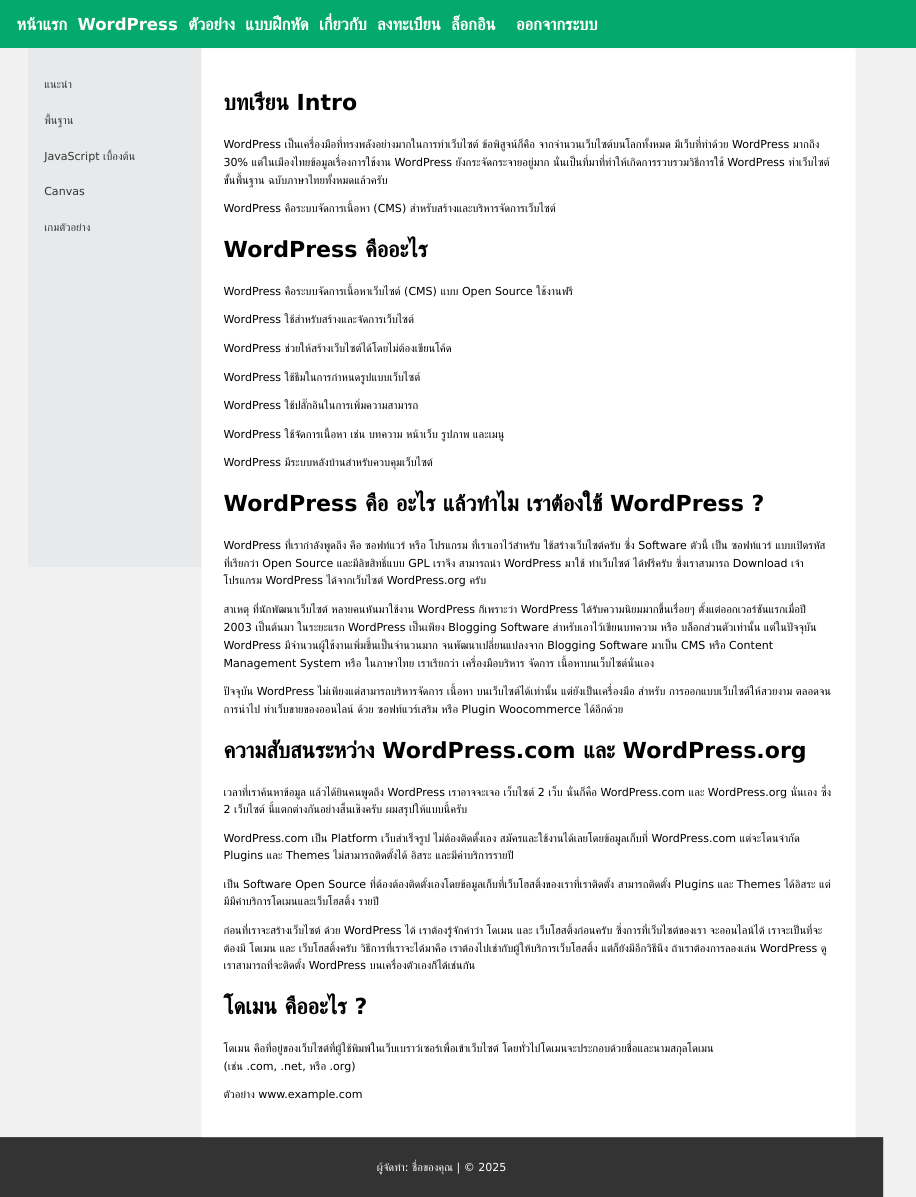
Repository: staggil/thesis
Page: lessons/intro.html
These files come from the project's save history. The page is drawn as it stood at one moment and after the next save; the edit follows.
The browser window is 1280 px wide. The page is 1328 px wide, so the pictures cover 1328 px, including what lies to the right of the window. The pictures show the whole page, at 69% of full size.
The page's requests for data from a server got no answer.

Above is the page before, as saved 2025-12-15 04:10:55.

### lessons/intro.html
<!DOCTYPE html>
<html lang="th">
<head>
    <meta charset="UTF-8">
    <meta name="viewport" content="width=device-width, initial-scale=1.0">
    <title>บทเรียน Intro</title>
    <link rel="stylesheet" href="/style.css">
    <script src="/script.js" defer></script>
</head>
<body data-sidebar="/components/sidebar.html">

    <!-- header -->
    <div id="header-placeholder"></div>


<div class="layout">
   <div id="sidebar-placeholder"></div>

    <!-- content -->
    <main id="main-content">
        <h1>บทเรียน Intro</h1>
        <p>WordPress เป็นเครื่องมือที่ทรงพลังอย่างมากในการทำเว็บไซต์ ข้อพิสูจน์ก็คือ
            จากจำนวนเว็บไซต์บนโลกทั้งหมด มีเว็บที่ทำด้วย WordPress มากถึง 30%
            แต่ในเมืองไทยข้อมูลเรื่องการใช้งาน WordPress ยังกระจัดกระจายอยู่มาก
            นั่นเป็นที่มาที่ทำให้เกิดการรวบรวมวิธีการใช้ WordPress ทำเว็บไซต์ขั้นพื้นฐาน
            ฉบับภาษาไทยทั้งหมดแล้วครับ</p>
            <p>WordPress คือระบบจัดการเนื้อหา (CMS) สำหรับสร้างและบริหารจัดการเว็บไซต์</p>

            <h1>WordPress คืออะไร</h1>
            <p>WordPress คือระบบจัดการเนื้อหาเว็บไซต์ (CMS) แบบ Open Source ใช้งานฟรี</p>
            <p>WordPress ใช้สำหรับสร้างและจัดการเว็บไซต์</p>
            <p>WordPress ช่วยให้สร้างเว็บไซต์ได้โดยไม่ต้องเขียนโค้ด</p>
            <p>WordPress ใช้ธีมในการกำหนดรูปแบบเว็บไซต์</p>
            <p>WordPress ใช้ปลั๊กอินในการเพิ่มความสามารถ</p>
            <p>WordPress ใช้จัดการเนื้อหา เช่น บทความ หน้าเว็บ รูปภาพ และเมนู</p>
            <p>WordPress มีระบบหลังบ้านสำหรับควบคุมเว็บไซต์</p>

            <h1>WordPress คือ อะไร แล้วทำไม เราต้องใช้ WordPress ?</h1>
            <p>WordPress ที่เรากำลังพูดถึง คือ ซอฟท์แวร์ หรือ โปรแกรม ที่เราเอาไว้สำหรับ ใช้สร้างเว็บไซต์ครับ
                ซึ่ง Software ตัวนี้ เป็น ซอฟท์แวร์ แบบเปิดรหัส ที่เรียกว่า Open Source และมีลิขสิทธิ์แบบ GPL
                เราจึง สามารถนำ WordPress มาใช้ ทำเว็บไซต์ ได้ฟรีครับ ซึ่งเราสามารถ Download
                 เจ้าโปรแกรม WordPress ได้จากเว็บไซต์ WordPress.org ครับ</p>
            <p>สาเหตุ ที่นักพัฒนาเว็บไซต์ หลายคนหันมาใช้งาน WordPress ก็เพราะว่า WordPress ได้รับความนิยมมากขึ้นเรื่อยๆ
                ตั้งแต่ออกเวอร์ชันแรกเมื่อปี 2003 เป็นต้นมา ในระยะแรก WordPress เป็นเพียง Blogging Software
                สำหรับเอาไว้เขียนบทความ หรือ บล็อกส่วนตัวเท่านั้น แต่ในปัจจุบัน WordPress มีจำนวนผู้ใช้งานเพิ่มขึ้นเป็นจำนวนมาก
                 จนพัฒนาเปลี่ยนแปลงจาก Blogging Software มาเป็น CMS หรือ Content Management System หรือ ในภาษาไทย
                  เราเรียกว่า เครื่องมือบริหาร จัดการ เนื้อหาบนเว็บไซต์นั่นเอง</p>
            <p>
                ปัจจุบัน WordPress ไม่เพียงแต่สามารถบริหารจัดการ เนื้อหา บนเว็บไซต์ได้เท่านั้น แต่ยังเป็นเครื่องมือ สำหรับ การออกแบบเว็บไซต์ให้สวยงาม
                 ตลอดจน การนำไป ทำเว็บขายของออนไลน์ ด้วย ซอฟท์แวร์เสริม หรือ Plugin Woocommerce ได้อีกด้วย
            </p>

            <h1>ความสับสนระหว่าง WordPress.com และ WordPress.org</h1>
            <p>เวลาที่เราค้นหาข้อมูล แล้วได้ยินคนพูดถึง WordPress เราอาจจะเจอ เว็บไซต์ 2 เว็บ นั่นก็คือ WordPress.com และ WordPress.org
                นั่นเอง ซึ่ง 2 เว็บไซต์ นี้แตกต่างกันอย่างสิ้นเชิงครับ ผมสรุปให้แบบนี้ครับ</p>
            <p>WordPress.com เป็น Platform เว็บสำเร็จรูป ไม่ต้องติดตั้งเอง สมัครและใช้งานได้เลยโดยข้อมูลเก็บที่ WordPress.com แต่จะโดนจำกัด Plugins และ Themes
                ไม่สามารถติดตั้งได้ อิสระ และมีค่าบริการรายปี</p>
            <p>เป็น Software Open Source ที่ต้องต้องติดตั้งเองโดยข้อมูลเก็บที่เว็บโฮสติ้งของเราที่เราติดตั้ง สามารถติดตั้ง Plugins และ Themes ได้อิสระ
                แต่มีมีค่าบริการโดเมนและเว็บโฮสติ้ง รายปี
            </p>

            <p>ก่อนที่เราจะสร้างเว็บไซต์ ด้วย WordPress ได้ เราต้องรู้จักคำว่า โดเมน และ เว็บโฮสติ้งก่อนครับ ซึ่งการที่เว็บไซต์ของเรา จะออนไลน์ได้
            เราจะเป็นที่จะต้องมี โดเมน และ เว็บโฮสติ้งครับ วิธีการที่เราจะได้มาคือ เราต้องไปเช่ากับผู้ให้บริการเว็บโฮสติ้ง แต่ก็ยังมีอีกวิธีนึง ถ้าเราต้องการลองเล่น
             WordPress ดูเราสามารถที่จะติดตั้ง WordPress บนเครื่องตัวเองก็ได้เช่นกัน</p>

             <h1>โดเมน คืออะไร ?</h1>
             <p>โดเมน คือที่อยู่ของเว็บไซต์ที่ผู้ใช้พิมพ์ในเว็บเบราว์เซอร์เพื่อเข้าเว็บไซต์ โดยทั่วไปโดเมนจะประกอบด้วยชื่อและนามสกุลโดเมน <br>
                 (เช่น .com, .net, หรือ .org)</p>
             <p>ตัวอย่าง www.example.com</p>
    </main>
</div>
    <!-- footer -->
    <div id="footer-placeholder"></div>

</body>
</html>

### style.css
body {
    margin: 0;
    font-family: Verdana, Arial, sans-serif;
    box-sizing: border-box;
    background-color: #f1f1f1;
    line-height: 1.6;
}


#header-placeholder {
    background-color: #04AA6D;
    color: white;
    padding: 16px 24px;
    font-size: 24px;
    font-weight: bold;
     position: sticky;  /* หรือ fixed ก็ได้ */
    top: 0;            /* ติดด้านบน */
    z-index: 1000;     /* อยู่เหนือ content */
    width: 100%;       /* เต็มความกว้างหน้าจอ */
}

.navbar ul {
    list-style: none;
    display: flex;
    gap: 15px;
    padding: 0;
    margin: 0;
}

.navbar ul li a {
    color: white;
    text-decoration: none;
}

/* =========================
   Sidebar
   ========================= */
.layout {  /* แนะนำให้เพิ่ม div ครอบ sidebar + main-content */
    display: flex;
    max-width: 1200px;
    margin: 0 auto;
}

#sidebar {
    width: 220px;
    background-color: #e7e9eb; /* สีอ่อนแบบ W3Schools */
    padding: 16px;
    height: 100vh;
    overflow-y: auto;
    flex-shrink: 0;
    position: sticky;  /* sidebar ติดเวลา scroll */
    top: 0;
}

#sidebar ul {
    list-style: none;
    padding: 0;
}

#sidebar ul li {
    margin-bottom: 10px;
}

#sidebar ul li a {
    text-decoration: none;
    color: #333;
    display: block;
    padding: 8px;
    border-radius: 4px;
    transition: background 0.3s;
}

#sidebar ul li a:hover {
    background-color: #ddd;
}

/* =========================
   Main Content
   ========================= */
#main-content {
    flex: 1;  /* ขยายเต็มที่ตามพื้นที่ layout */
    background-color: #fff;
    padding: 32px;
    max-width: 960px; /* เหมือน W3Schools */

}

/* กรณีหน้า index.html ไม่มี sidebar */
body.index #main-content {
    margin-left: 0;
    max-width: 700px;        /* กว้างเท่ากับหน้าที่มี sidebar */
    margin: 0 auto;          /* จัด content กลางหน้า */
}

/* =========================
   Footer
   ========================= */
footer {
    background-color: #333;
    color: white;
    text-align: center;
    padding: 15px;
}

@media screen and (max-width: 768px) {
    .layout {
        flex-direction: column;
    }

    #sidebar {
        width: 100%;
        height: auto;
        position: relative;
    }

    #main-content {
        max-width: 100%;
        padding: 15px;
    }
}


/* =========================
   Empty sidebar
   ========================= */
#sidebar.empty-sidebar {
    background-color: #fff;   /* สีเดียวกับ container */
           /* คง padding เดิมถ้าอยากให้ layoutเหมือนหน้าที่มี sidebar */
    /* อย่าแก้ width หรือ float */
}

/* หน้า login ให้ layout อยู่กลางและสวยขึ้น */
body.login-page #main-content {
    max-width: 400px;       /* กว้างแค่พอ form */
    margin: 50px auto;      /* จัดกลางแนวนอนและเว้นบน */
    padding: 20px;
    background-color: #fff; /* เหมือน container */
    border-radius: 8px;
    box-shadow: 0 0 10px rgba(0,0,0,0.1);
}



/* หน้า register ให้ layout อยู่กลางเหมือน login */
body.register-page #main-content {
    max-width: 400px;          /* กว้างพอ form */
    margin: 50px auto;         /* จัดกลางหน้า */
    padding: 20px;
    background-color: #fff;    /* เหมือน container */
    border-radius: 8px;
    box-shadow: 0 0 10px rgba(0,0,0,0.1);
}

### script.js
function loadComponent(filePath, elementId) {
    if (!filePath) return;
    const el = document.getElementById(elementId);
    if (!el) {
        console.error(`ไม่พบ element id="${elementId}"`);
        return;
    }
    fetch(filePath)
        .then(response => {
            if (!response.ok) throw new Error("ไม่พบไฟล์ " + filePath);
            return response.text();
        })
        .then(data => {
            el.innerHTML = data;

            // หลังโหลด header ให้ตรวจสอบ session
            if (elementId === "header-placeholder") {
                updateHeaderLoginStatus();
            }
        })
        .catch(error => console.error(error));
}

// ฟังก์ชันตรวจสอบ login
function updateHeaderLoginStatus() {
    fetch("/me")
        .then(res => res.json())
        .then(user => {
            if (user.username) {
                // login แล้ว
                document.querySelectorAll(".login-only").forEach(el => el.style.display = "none");
                document.querySelectorAll(".user-only").forEach(el => el.style.display = "block");
                document.getElementById("username-display").textContent = user.fullname;

                // เพิ่ม listener logout
                const logoutLink = document.getElementById("logout-link");
                if (logoutLink) {
                    logoutLink.addEventListener("click", async (e) => {
                        e.preventDefault();
                        await fetch("/logout", { method: "POST" });
                        updateHeaderLoginStatus(); // รีเฟรชเมนู
                        window.location.href = "/login.html";
                    });
                }

            } else {
                // ยังไม่ได้ login
                document.querySelectorAll(".login-only").forEach(el => el.style.display = "block");
                document.querySelectorAll(".user-only").forEach(el => el.style.display = "none");
            }
        })
        .catch(err => console.error(err));
}

document.addEventListener("DOMContentLoaded", function() {
    loadComponent("/components/header.html", "header-placeholder");
    loadComponent("/components/footer.html", "footer-placeholder");

    const sidebarFile = document.body.getAttribute("data-sidebar");
    loadComponent(sidebarFile, "sidebar-placeholder");

    // ตรวจสอบ exercise links หลังจากโหลด header เสร็จ
    const checkExerciseLinks = () => {
        const exerciseLinks = document.querySelectorAll("a[href^='/exercises/']");
        exerciseLinks.forEach(link => {
            link.addEventListener("click", async (e) => {
                e.preventDefault();
                const res = await fetch("/me");
                const user = await res.json();
                if (!user.username) {
                    const goLogin = confirm("คุณต้อง login ก่อนเข้าแบบฝึกหัด\nไปหน้า Login ตอนนี้หรือไม่?");
                    if (goLogin) window.location.href = "/login.html";
                } else {
                    window.location.href = link.href;
                }
            });
        });
    };

    // รอ header โหลดเสร็จแล้วค่อย bind
    const headerInterval = setInterval(() => {
        if (document.getElementById("header-placeholder").children.length > 0) {
            clearInterval(headerInterval);
            checkExerciseLinks();
        }
    }, 50);
});

### components/header.html
<header>
   <nav class="navbar">
        <ul id="nav-items">
            <li><a href="/index.html">หน้าแรก</a></li>
            <li><a href="/lessons/intro.html">WordPress</a></li>
            <li><a href="/examples/draw-rect.html">ตัวอย่าง</a></li>
            <li><a href="/exercises/exercise1.html">แบบฝึกหัด</a></li>
            <li><a href="/about/about.html">เกี่ยวกับ</a></li>
            <li class="login-only"><a href="/register.html">ลงทะเบียน</a></li>
            <li class="login-only"><a href="/login.html">ล็อกอิน</a></li>
            <li class="user-only"><span id="username-display"></span></li>
            <li class="user-only"><a href="#" id="logout-link">ออกจากระบบ</a></li>
        </ul>
    </nav>
</header>

### components/footer.html
<footer>
    <p>ผู้จัดทำ: ชื่อของคุณ | © 2025</p>
</footer>

### components/sidebar.html
<aside id="sidebar">
    <ul>
        <li><a href="/lessons/intro.html">แนะนำ</a></li>
        <li><a href="/lessons/basic.html">พื้นฐาน</a></li>
        <li><a href="/lessons/js-basic.html">JavaScript เบื้องต้น</a></li>
        <li><a href="/lessons/canvas.html">Canvas</a></li>
        <li><a href="/lessons/game1.html">เกมตัวอย่าง</a></li>
    </ul>
</aside>

After the next save:
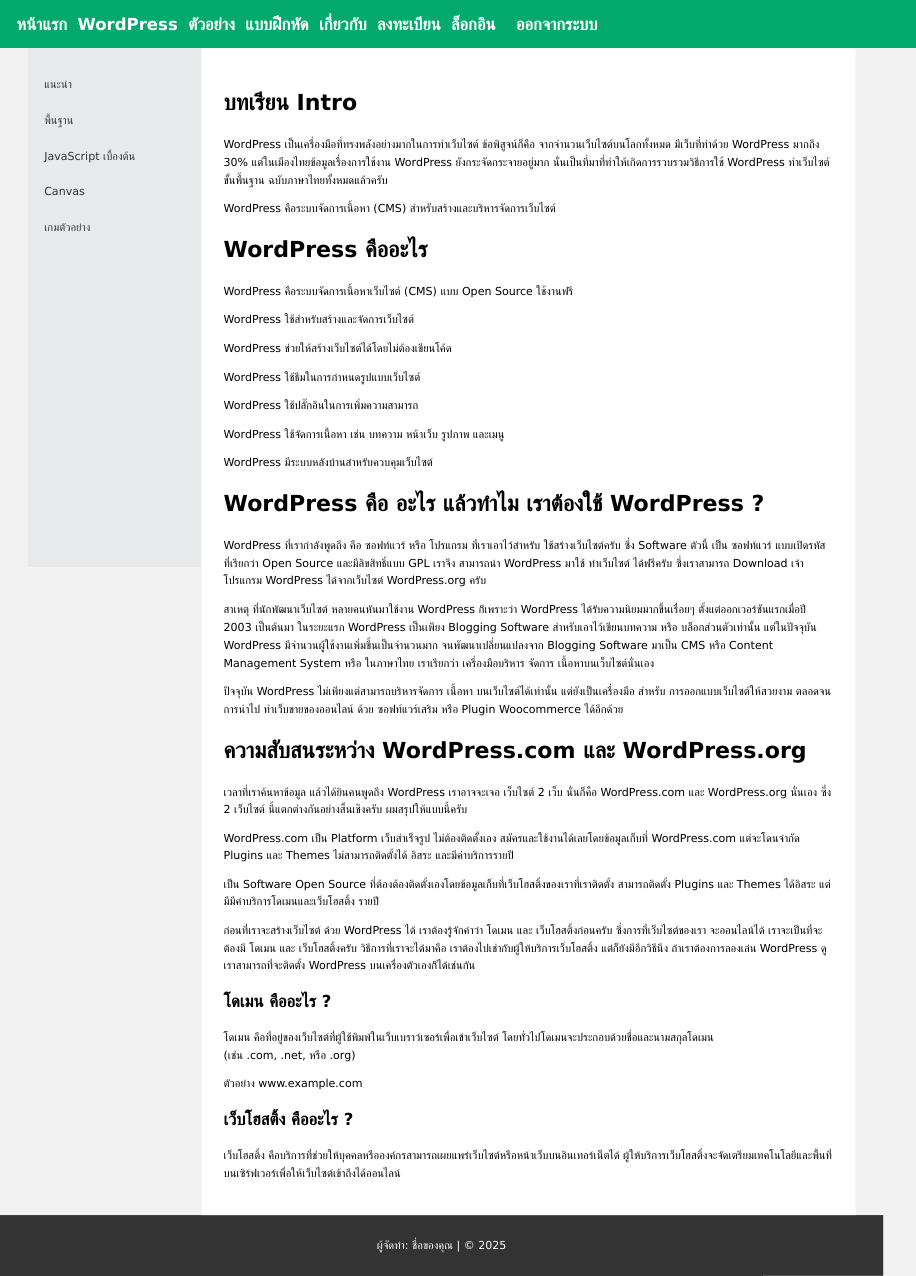
Saved 6 min 5 s later.
--- a/lessons/intro.html
+++ b/lessons/intro.html
@@ -63,10 +63,14 @@
             เราจะเป็นที่จะต้องมี โดเมน และ เว็บโฮสติ้งครับ วิธีการที่เราจะได้มาคือ เราต้องไปเช่ากับผู้ให้บริการเว็บโฮสติ้ง แต่ก็ยังมีอีกวิธีนึง ถ้าเราต้องการลองเล่น
              WordPress ดูเราสามารถที่จะติดตั้ง WordPress บนเครื่องตัวเองก็ได้เช่นกัน</p>
 
-             <h1>โดเมน คืออะไร ?</h1>
+             <h2>โดเมน คืออะไร ?</h2>
              <p>โดเมน คือที่อยู่ของเว็บไซต์ที่ผู้ใช้พิมพ์ในเว็บเบราว์เซอร์เพื่อเข้าเว็บไซต์ โดยทั่วไปโดเมนจะประกอบด้วยชื่อและนามสกุลโดเมน <br>
                  (เช่น .com, .net, หรือ .org)</p>
              <p>ตัวอย่าง www.example.com</p>
+
+             <h2>เว็บโฮสติ้ง คืออะไร ?</h2>
+             <p>เว็บโฮสติ้ง คือบริการที่ช่วยให้บุคคลหรือองค์กรสามารถเผยแพร่เว็บไซต์หรือหน้าเว็บบนอินเทอร์เน็ตได้
+                ผู้ให้บริการเว็บโฮสติ้งจะจัดเตรียมเทคโนโลยีและพื้นที่บนเซิร์ฟเวอร์เพื่อให้เว็บไซต์เข้าถึงได้ออนไลน์</p>
     </main>
 </div>
     <!-- footer -->
